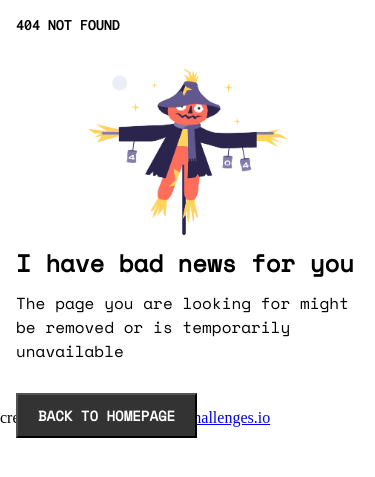
Repository: kellyalves87/404_not_found
Page: index.html
The author's editor kept a copy of each file at every save. The page is drawn from the files as they stood at one save, then again after the next save.
The browser window is 375 px wide. The pictures show the whole page.

Above is the page before, as saved 2021-05-16 15:24:55.

### index.html
<!DOCTYPE html>
<html lang="en">

<head>
  <meta charset="utf-8" />
  <meta name="viewport" content="width=device-width, initial-scale=1,
  maximum-scale=5" />
  <link rel="icon" href="./assets/devchallenges.png" />
  <link rel="shortcut icon" type="image/x-icon" href="https://devchallenges.io/" />
  <link rel="preconnect" href="https://fonts.gstatic.com">
<link href="https://fonts.googleapis.com/css2?family=Inconsolata:wght@700&family=Montserrat:wght@500&family=Space+Mono:ital,wght@0,400;1,700&display=swap" rel="stylesheet">
  <link rel="stylesheet" href="./style/index.css">
  <link rel="stylesheet" href="./style/reset.css">
  <title>Devchallenges</title>
</head>

<header class="header">
  <h1>404 not found</h1>
</header>

<body>
  <section class="content">
    <img src="./assets/Scarecrow.png" alt="straw man">
    <h1>I have bad news for you</h1>
    <p>The page you are looking for might be removed or is temporarily unavailable</p>
    <button type="button">back to homepage</button>
  </section>
    <footer class="footer">
      created by <a href="https://github.com/kellyalves87">Kelly Alves - devChallenges.io</a>
    </footer>
</body>

</html>

### style/index.css
/* Mobile first */
@media only screen and (max-width: 600px) {
  .header h1 {
    font-family: inconsolata;
    font-size: 1rem;
    margin: 1rem;
    text-transform: uppercase;
  }

  img {
    padding-top: 20px;
    display: flex;
    margin: auto;
    width: 200px;
  }

  .content {
    margin: 1rem;
  }

  .content h1,
  p,
  button {
    font-family: Space Mono;
  }

  .content h1,
  button {
    font-weight: 700;
  }

  .content h1 {
    padding-top: 10px;
    padding-bottom: 10px;
  }

  .content p {
    font-weight: 400;
    padding-bottom: 30px;
  }

  button {
    color: #ffffff;
    cursor: pointer;
    background-color: #333333;
    font-size: 14px;
    position: absolute;
    padding: 10px 20px;
    text-transform: uppercase;
  }
}

Loaded but not shown: style/reset.css (common file)

After the next save:
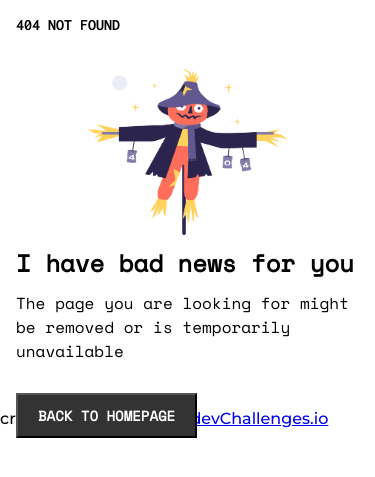
Saved 28 s later.
--- a/style/index.css
+++ b/style/index.css
@@ -7,7 +7,7 @@
     text-transform: uppercase;
   }
 
-  img {
+  .content img {
     padding-top: 20px;
     display: flex;
     margin: auto;
@@ -48,4 +48,8 @@
     padding: 10px 20px;
     text-transform: uppercase;
   }
+
+  .footer {
+    font-family: Montserrat;
+  }
 }
